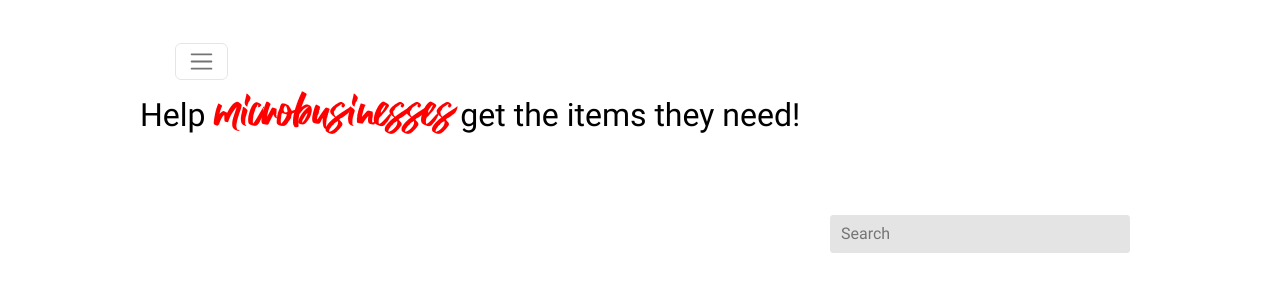
Repository: David-Waite/edableStyleChanges
Page: /
These files come from the project's save history. The page is drawn as it stood at one moment and after the next save; the edit follows.
The browser window is 1280 px wide. The pictures show the whole page.
The project was rebuilt for these pictures with package versions that can differ from the ones it lists, and the page was loaded fresh each time. Also part of the build but not shown: src/components/Item/ProgressBar.css, src/components/Volunteer/Volunteer.tsx, src/components/DonorForm/Message.css, src/components/Volunteer/VolunteerError.tsx, src/components/Default.tsx, src/components/DonorForm/Paypal.tsx, src/components/DonorForm/DonorForm.tsx, src/components/Organisation/Organisation.module.css and 9 more.

Above is the page before, as saved 2022-10-27 17:46:00.

After the next save:
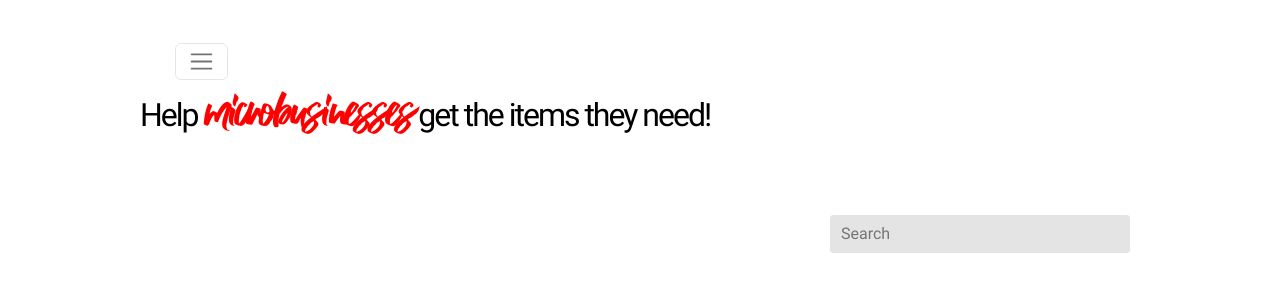
Saved 4 s later.
--- a/src/components/Landing/ItemsCollection.module.css
+++ b/src/components/Landing/ItemsCollection.module.css
@@ -14,7 +14,7 @@
   margin-top: 60px;
   margin-bottom: 60px;
   font-weight: 500;
-  letter-spacing: 0;
+  letter-spacing: -2px;
 }
 
 .title span {
